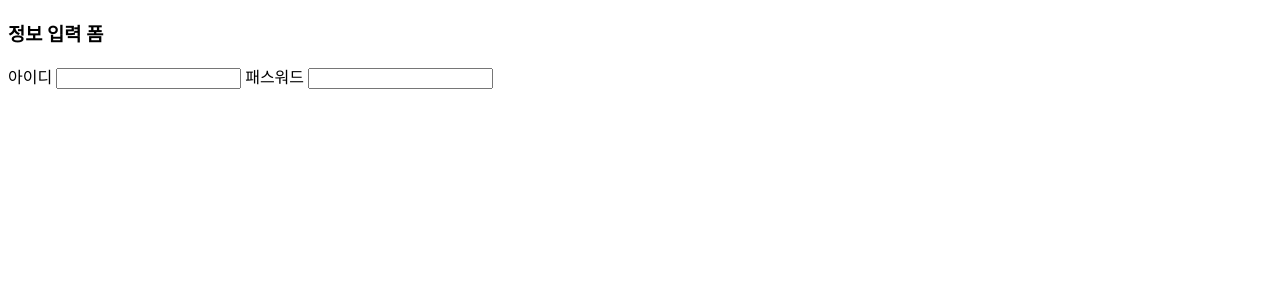
Repository: KangEunseo/2019-jsp-class
Page: http://localhost/BasicJSP/coosession/loginTestForm.jsp
These files come from the project's save history. The page is drawn as it stood at one moment and after the next save; the edit follows.
The browser window is 1280 px wide. The pictures show the whole page.
The page is served by Tomcat 9.

Above is the page before, as saved 2019-09-25 02:07:05.

After the next save:
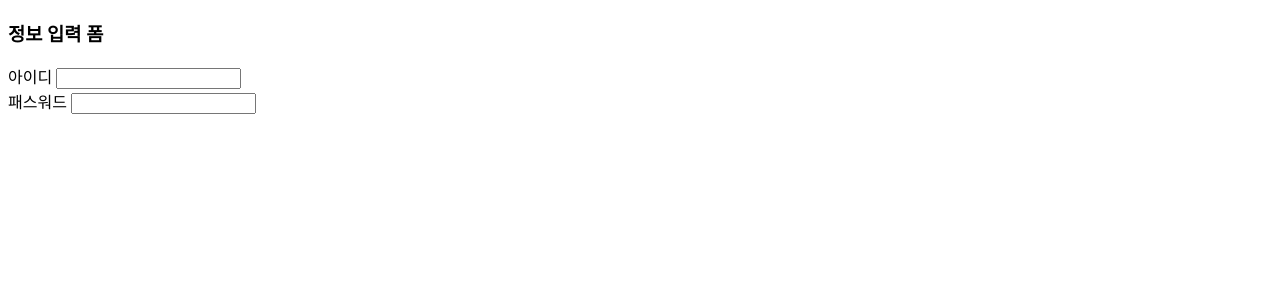
Saved 26 s later.
--- a/BasicJSP/WebContent/coosession/loginTestForm.jsp
+++ b/BasicJSP/WebContent/coosession/loginTestForm.jsp
@@ -8,7 +8,9 @@
 </head>
 <body>
 	<h3>정보 입력 폼</h3>
-	아이디 <input type="text" name="id">
-	패스워드 <input type="password" name="pwd">
+	<form>
+		아이디 <input type="text" name="id"><br>
+		패스워드 <input type="password" name="pwd">
+	</form>
 </body>
 </html>
